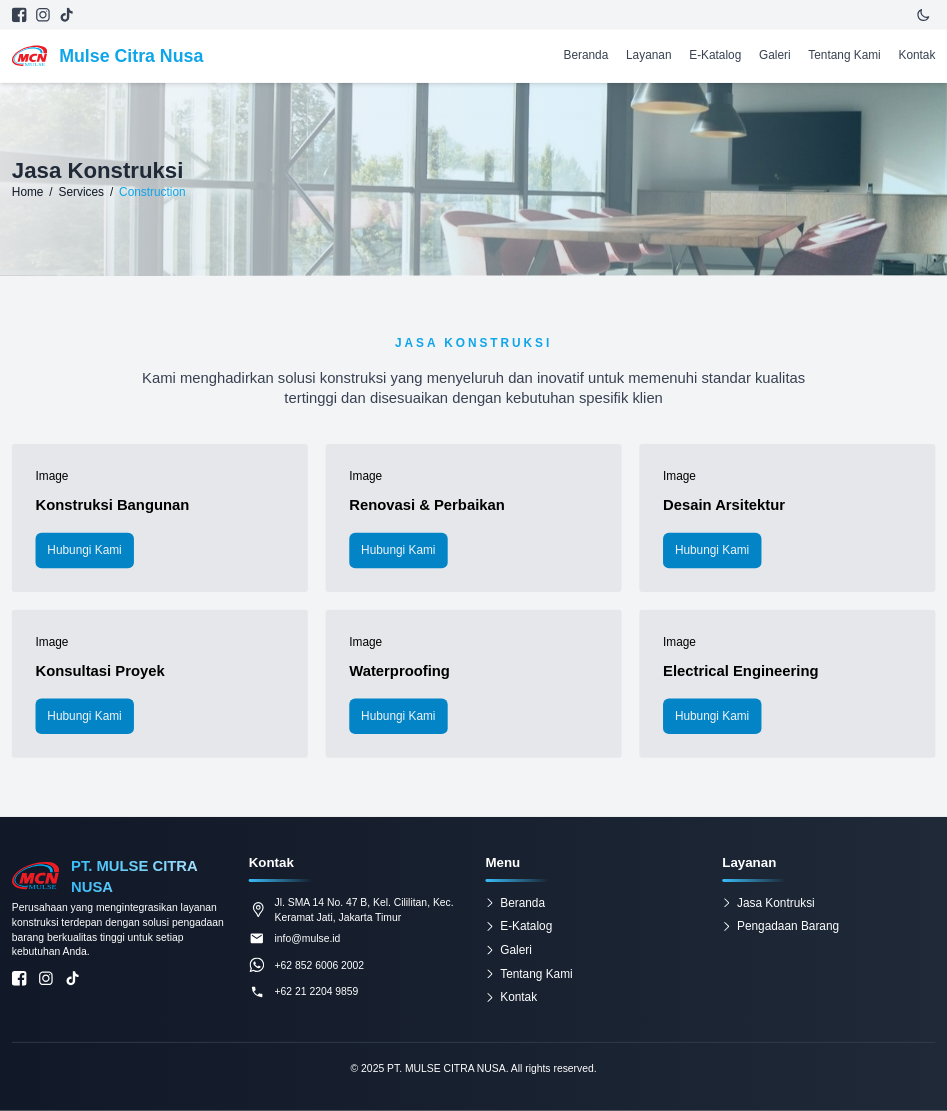
Repository: PrasBaldin/next-mulse
Page: /services/construction
The author's editor kept a copy of each file at every save. The page is drawn from the files as they stood at one save, then again after the next save.
The browser window is 1280 px wide. The pictures show the whole page, at 74% of full size.
The project was rebuilt for these pictures with package versions that can differ from the ones it lists, and the page was loaded fresh each time. The framework's server and built-in components were replaced by stand-ins that run in the browser. Also part of the build but not shown: next.config.ts, app/_assets/servicesIcon/iconConstruction.tsx, app/_assets/servicesIcon/iconRenovation.tsx, app/_assets/servicesIcon/iconDesign.tsx, app/_assets/servicesIcon/iconConsultation.tsx, app/_assets/servicesIcon/iconWaterproofing.tsx, app/_assets/servicesIcon/iconElectrical.tsx.

Above is the page before, as saved 2025-02-26 13:55:33.

After the next save:
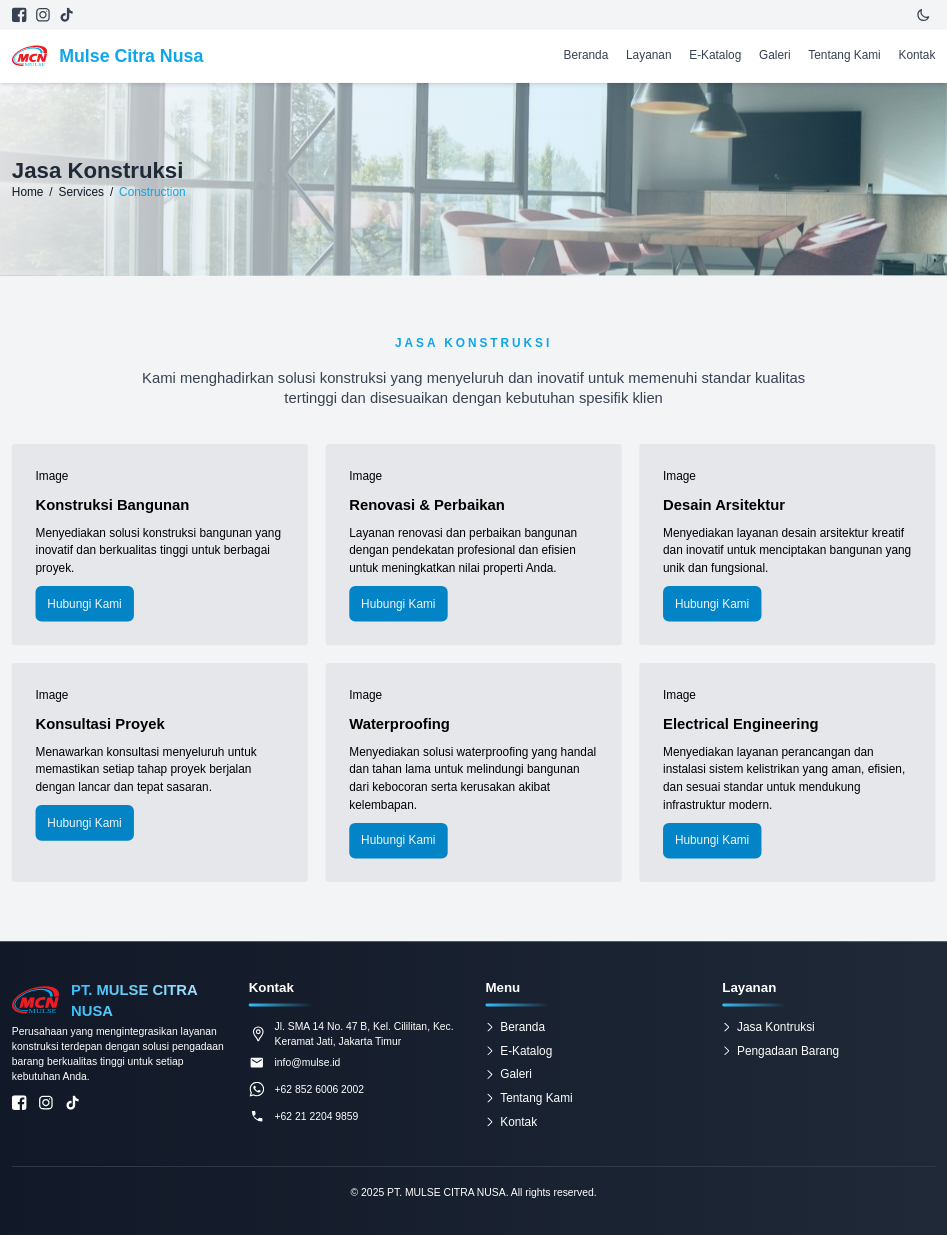
Saved 24 s later.
--- a/app/services/construction/page.tsx
+++ b/app/services/construction/page.tsx
@@ -105,7 +105,7 @@
                   <h4>{service.title}</h4>
                 </div>
                 <div className="card-desc pb-3">
-                  <p>{service.description}</p>
+                  <p>{service.desc}</p>
                 </div>
                 <button className="btn btn-primary">Hubungi Kami</button>
               </div>
